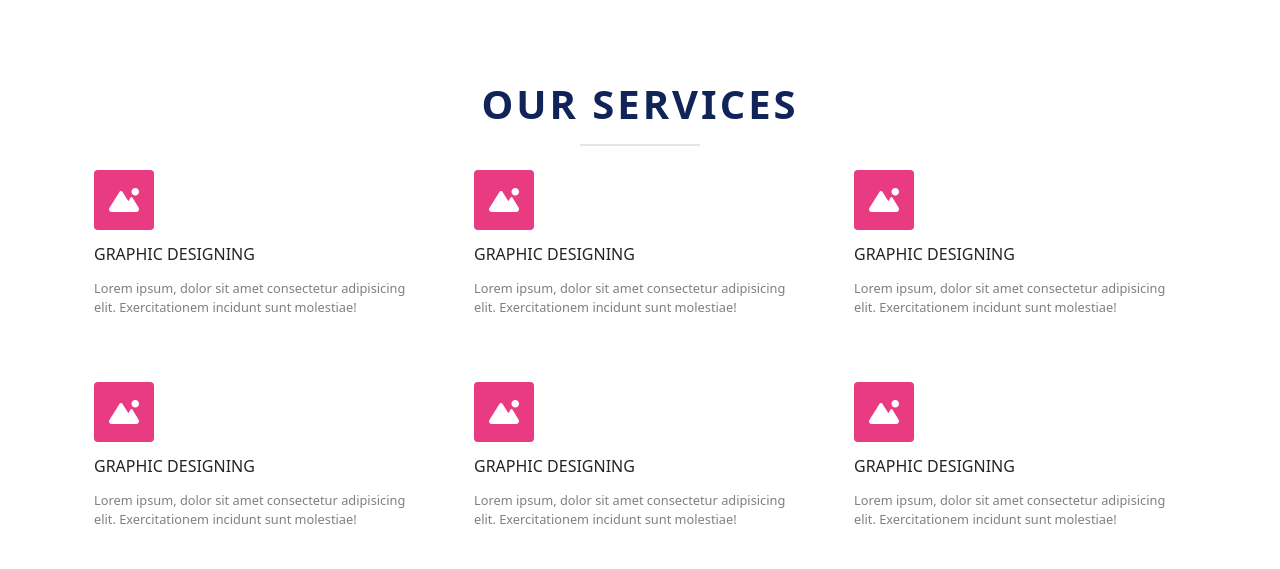
Repository: lhggiang/CaseStudy
Page: index.html
The author's editor kept a copy of each file at every save. The page is drawn from the files as they stood at one save, then again after the next save.
The browser window is 1280 px wide. The pictures show the part of the page from y = 778 to 1355 px (the page is 1347 px tall before and 1355 px after).
Backgrounds fixed to the window are drawn as part of the page. Some web libraries are served in a nearby version. The style sheet was rebuilt from its Sass, Less or Tailwind sources for each picture, by a compiler version that may differ from the author's.

Above is the page before, as saved 2023-02-22 15:15:09.

### index.html
<!DOCTYPE html>
<html lang="en">

<head>
    <meta charset="UTF-8">
    <meta http-equiv="X-UA-Compatible" content="IE=edge">
    <meta name="viewport" content="width=device-width, initial-scale=1.0">
    <title>Document</title>
    <link rel="stylesheet" href="./style.css">
    <!-- git remote add origin https://github.com/lhggiang/CaseStudy.git -->
    <link href="https://cdn.jsdelivr.net/npm/bootstrap@5.3.0-alpha1/dist/css/bootstrap.min.css" rel="stylesheet"
        integrity="sha384-GLhlTQ8iRABdZLl6O3oVMWSktQOp6b7In1Zl3/Jr59b6EGGoI1aFkw7cmDA6j6gD" crossorigin="anonymous">
    <link rel="stylesheet" href="https://cdnjs.cloudflare.com/ajax/libs/font-awesome/6.3.0/css/all.min.css">
    <link rel="stylesheet" href="./assets/css/style.css">
</head>

<body>
    <!-- Navbar -->
    <nav class="navbar navbar-expand-lg bg-white">
        <div class="container">
            <a class="navbar-brand" href="#">HG.Travel</a>
            <button class="navbar-toggler" type="button" data-bs-toggle="collapse" data-bs-target="#navbarNav"
                aria-controls="navbarNav" aria-expanded="false" aria-label="Toggle navigation">
                <span class="navbar-toggler-icon"></span>
            </button>
            <div class="collapse navbar-collapse" id="navbarNav">
                <ul class="navbar-nav ms-auto">
                    <li class="nav-item">
                        <a class="nav-link active" aria-current="page" href="#">HOME</a>
                    </li>
                    <li class="nav-item">
                        <a class="nav-link" href="#">SERVICES</a>
                    </li>
                    <li class="nav-item">
                        <a class="nav-link" href="#">PORTFOLIO</a>
                    </li>
                    <li class="nav-item">
                        <a class="nav-link" href="#">FEATURES</a>
                    </li>
                    <li class="nav-item">
                        <a class="nav-link" href="#">TEAM</a>
                    </li>
                    <li class="nav-item">
                        <a class="nav-link" href="#">TESTIMONIALS</a>
                    </li>
                    <li class="nav-item">
                        <a class="nav-link" href="#">CONTACT</a>
                    </li>
                </ul>
            </div>
        </div>
    </nav>
    <!-- Hero -->
    <div class="hero">
        <div class="container text-center">
            <div class="row justify-content-center">
                <div class="col-md-10">
                    <h1 class="text-white display-3">WE ARE CREATIVE AGENCY, CREATIVE PEOPLE</h1>
                    <p class="text-white">Lorem ipsum dolor sit amet consectetur, adipisicing elit. Expedita, soluta
                        fugit
                        voluptatibus veritatis voluptas dolores eligendi ducimus enim blanditiis cupiditate.</p>
                    <a href="#" class="btn btn-danger">Contact</a>
                </div>
            </div>
        </div>
    </div>
    <!-- Services -->
    <div class="services">
        <div class="container">
            <div class="row">
                <div class="col-12 services__intro">
                    <h1>Our Services</h1>
                    <div class="services__line"></div>
                </div>
            </div>
            <div class="row mt-10">
                <div class="col-lg-4 col-sm-6 p-4">
                    <div class="services__icon">
                        <i class="fa-solid fa-mountain-sun"></i>
                    </div>
                    <h4 class="services__title">GRAPHIC DESIGNING</h4>
                    <p class="services__content">Lorem ipsum, dolor sit amet consectetur adipisicing elit.
                        Exercitationem incidunt sunt molestiae!
                    </p>
                </div>
                <div class="col-lg-4 col-sm-6 p-4">
                    <div class="services__icon">
                        <i class="fa-solid fa-mountain-sun"></i>
                    </div>
                    <h4 class="services__title">GRAPHIC DESIGNING</h4>
                    <p class="services__content">Lorem ipsum, dolor sit amet consectetur adipisicing elit.
                        Exercitationem incidunt sunt molestiae!
                    </p>
                </div>
                <div class="col-lg-4 col-sm-6 p-4">
                    <div class="services__icon">
                        <i class="fa-solid fa-mountain-sun"></i>
                    </div>
                    <h4 class="services__title">GRAPHIC DESIGNING</h4>
                    <p class="services__content">Lorem ipsum, dolor sit amet consectetur adipisicing elit.
                        Exercitationem incidunt sunt molestiae!
                    </p>
                </div>
                <div class="col-lg-4 col-sm-6 p-4">
                    <div class="services__icon">
                        <i class="fa-solid fa-mountain-sun"></i>
                    </div>
                    <h4 class="services__title">GRAPHIC DESIGNING</h4>
                    <p class="services__content">Lorem ipsum, dolor sit amet consectetur adipisicing elit.
                        Exercitationem incidunt sunt molestiae!
                    </p>
                </div>
                <div class="col-lg-4 col-sm-6 p-4">
                    <div class="services__icon">
                        <i class="fa-solid fa-mountain-sun"></i>
                    </div>
                    <h4 class="services__title">GRAPHIC DESIGNING</h4>
                    <p class="services__content">Lorem ipsum, dolor sit amet consectetur adipisicing elit.
                        Exercitationem incidunt sunt molestiae!
                    </p>
                </div>
                <div class="col-lg-4 col-sm-6 p-4">
                    <div class="services__icon">
                        <i class="fa-solid fa-mountain-sun"></i>
                    </div>
                    <h4 class="services__title">GRAPHIC DESIGNING</h4>
                    <p class="services__content">Lorem ipsum, dolor sit amet consectetur adipisicing elit.
                        Exercitationem incidunt sunt molestiae!
                    </p>
                </div>
            </div>
        </div>
    </div>
</body>
<script src="https://cdn.jsdelivr.net/npm/bootstrap@5.3.0-alpha1/dist/js/bootstrap.bundle.min.js"
    integrity="sha384-w76AqPfDkMBDXo30jS1Sgez6pr3x5MlQ1ZAGC+nuZB+EYdgRZgiwxhTBTkF7CXvN"
    crossorigin="anonymous"></script>

</html>

### style.scss
* {
  box-sizing: border-box;
}

body {
  font-size: 62.5%;
}

$font-size: 0.9rem;
$color-pink: #e93b81;
$font-weight: 500;

// Navbar
.navbar {
  border-bottom: 2px solid rgba(0, 0, 0, 0.1);
  .navbar-brand {
    font-weight: $font-weight;
    color: #11245a;
  }
  .nav-link {
    font-size: $font-size;
    font-weight: $font-weight;
    letter-spacing: 0.05rem;
    &.active {
      color: $color-pink;
    }
  }
}

//Hero
.hero {
  background-image: linear-gradient(
      to right,
      rgb(67, 67, 67, 0.8) 0%,
      rgb(0, 0, 0, 0.8) 100%
    ),
    url("https://images.unsplash.com/photo-1539635278303-d4002c07eae3?ixlib=rb-4.0.3&ixid=MnwxMjA3fDB8MHxwaG90by1wYWdlfHx8fGVufDB8fHx8&auto=format&fit=crop&w=1170&q=80");
  min-height: 100vh;
  background-size: cover;
  background-position: center;
  background-attachment: fixed;
  display: flex;
  align-items: center;

  h1 {
    font-weight: $font-weight;
  }

  p {
    font-size: $font-size;
    max-width: 30rem;
    margin: 20px auto;
  }

  .btn {
    font-weight: $font-weight;
    font-size: $font-size;
    padding: 8px 22px;
    border-radius: 0;
  }
}

//Services
.services {
  &__intro {
    text-align: center;
    margin-top: 80px;
    h1 {
      color: #11245a;
      text-transform: uppercase;
      font-weight: 600;
      letter-spacing: 3px;
    }
    .services__line {
      width: 120px;
      height: 2px;
      background-color: rgba(0, 0, 0, 0.1);
      margin: 16px auto 0 auto;
    }
  }
  &__icon {
    width: 60px;
    height: 60px;
    background-color: $color-pink;
    color: #fff;
    border-radius: 4px;
    display: flex;
    align-items: center;
    justify-content: center;
    font-size: 1.5rem;
    flex: none;
  }
  &__title {
    font-size: 1rem;
    margin: 15px 0;
  }
  &__content {
    font-size: 0.8rem;
    color: rgba(0, 0, 0, 0.5);
  }
}

After the next save:
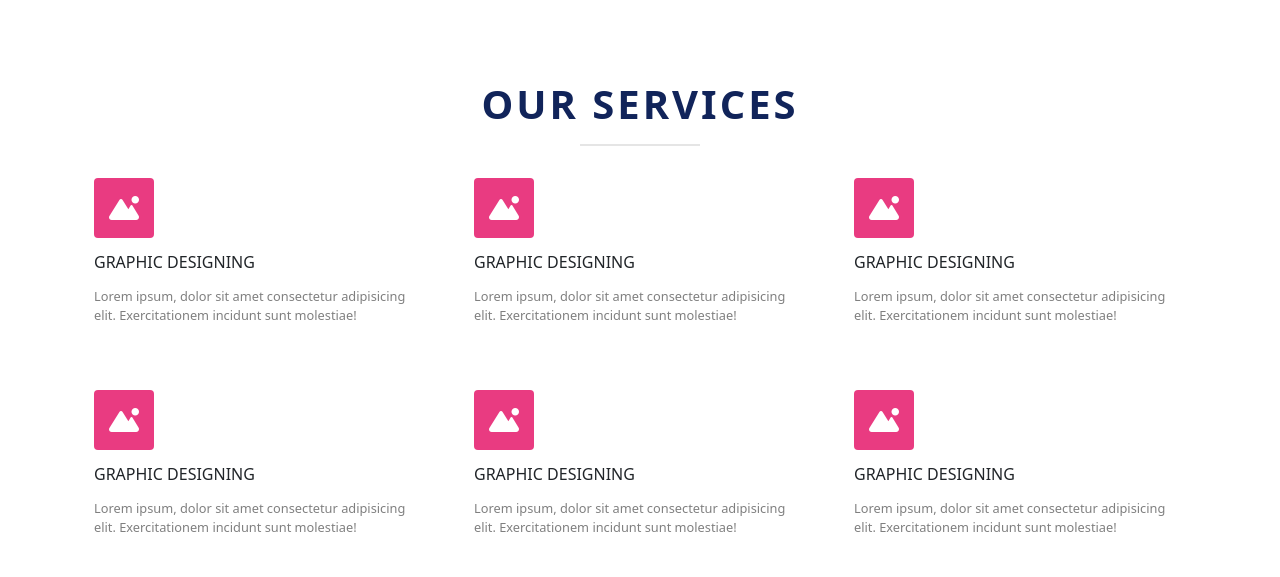
Saved 10 s later.
--- a/index.html
+++ b/index.html
@@ -73,7 +73,7 @@
                     <div class="services__line"></div>
                 </div>
             </div>
-            <div class="row mt-10">
+            <div class="row mt-2">
                 <div class="col-lg-4 col-sm-6 p-4">
                     <div class="services__icon">
                         <i class="fa-solid fa-mountain-sun"></i>
